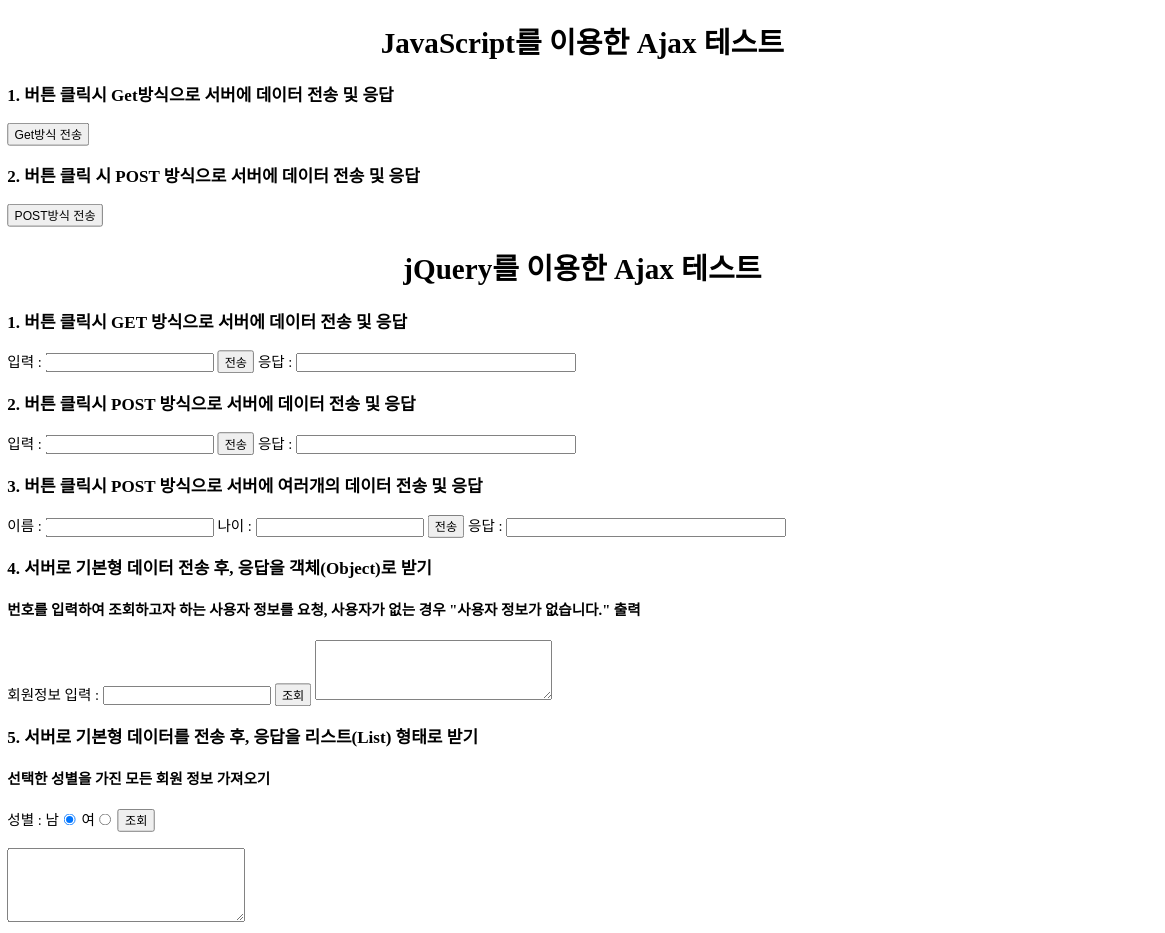
Repository: WOOOOOOOONG/KH_server
Page: http://localhost/ajaxProject/
An editor plug-in stored every save of this project. The page is shown before and after the next save, followed by the edit.
The browser window is 1280 px wide. The pictures show the whole page, at 91% of full size.
The page is served by Tomcat 9. Other server files are loaded and not shown.

Above is the page before, as saved 2019-12-02 10:49:17.

### 실습/ajaxProject/WebContent/index.jsp
<%@ page language="java" contentType="text/html; charset=UTF-8"
    pageEncoding="UTF-8"%>
<!DOCTYPE html>
<html>
<head>
<meta charset="UTF-8">
<title>Insert title here</title>
</head>
<body>
	<%-- ajax 개요 --%>
	<%--
		서버로부터 데이터를 가져와 전체 페이지를 고치지 않고 일부만 로드할 수 있게 하는 기법
		--> 즉, 비동기식 요청을 보내는데 필요한 기술

		* 동기식/비동기식
		- 동기식 : 서버와 클라이언트가 동시에 통신하여 프로세스를 수행 및 종료까지 같이함
				만약 서버에서 호출된 결과까지의 시간이 지연이 생길 경우 웹에서는 아무 작동
				없이 하염없이 기다려야 함. 결과를 받고 나서야 다른 일들을 할 수 있음.
		- 비동기식 : 페이지 리로딩 없이 동기식의 서버 요청 사이사이 추가적인 요청과 처리가 가능함.
				즉, 서버에서 요청한 결과를 받기까지 아무런 동작을 할 수 없는게 아니라 다른걸 하면서
				응답을 바로 받을 수 있음.
			--> 아이디 중복체크, 검색어 자동완성, 댓글, 실시간 검색 로딩

		* 단점
		- 한 페이지 내에서 지속적으로 사용시 리소스가 계속 쌓여 페이지가 느려질 수 있음.
		- 페이지 내 복잡도가 기하급수적으로 증가, 에러 발생 시 디버깅이 어려움

		* AJAX를 구현하는 방식에는 JavaScript와 jQeury 방식이 있는데 그 중 실제로 많이 사용하는
		  방식으로 jQuery 방식(코드가 간결하고 사용하기 쉽다)
	--%>
	<h1 align="center">JavaScript를 이용한 Ajax 테스트</h1>
	<h3>1. 버튼 클릭시 Get방식으로 서버에 데이터 전송 및 응답</h3>
	<button onclick="jsAjax1();">Get방식 전송</button>
	<p id="test1"></p>
	<script>
		function jsAjax1() {
			// 1. XMLHttpRequest 객체 생성
			xhr = new XMLHttpRequest();

			// 자바스크립트는 원래 브라우저 버젼벌 호환성 검사가 필요하지만 생략~

			// 2. onreadystatechange : Ajax 통신에 대한 응답 상태의 변경이 있을 경우
			// 실행할 함수(Ajax 통신이 성공한 경우에 대한 동작)
			xhr.onreadystatechange = function() {
				// 1) readyState : 서버 응답 상태 확인(Ajax 통신 진행상황 확인)
				/*
					0 : request not initialized
					1 : server connection established
					2 : request received
					3 : processing request
					4 : request finished and response is ready
				*/
				if(xhr.readyState == 4) {
					// 요청이 끝났고 그에 해당하는 응답이 왔을 경우

					// 2) status : HTTP 응답 상태 코드(응답이 정상적으로 이루어졌는지 확인)
					/*
						200 : "OK"
						403 : "Forbidden"
						404 : "Not Found"
					*/
					if(xhr.status == 200) {
						console.log('jsAjax1() - ajax 통신 성공!');

						// xhr.responseText : 응답 데이터 문자열을 담고 있다.
						var str = xhr.responseText;
						document.getElementById("test1").innerHTML = str;
					}else if(xhr.status == 404) {
						console.log('jsAjax1() - ajax 통신 실패!');
					}
				}
			}
			// 3. open() : 서버와 데이터 교환시 필요한 정보 입력(요청 방식, 대상(서버), 동기/비동기)
			xhr.open("GET", "<%= request.getContextPath() %>/jsAjax1.do?name=홍길동&age=20", true);

			// 4. send() : 서버로 데이터 교환 요청
			xhr.send();
		}
	</script>

	<h3>2. 버튼 클릭 시 POST 방식으로 서버에 데이터 전송 및 응답</h3>
	<button onclick="jsAjax2();">POST방식 전송</button>
	<p id="test2"></p>
	<script>
		function jsAjax2() {
			// 1 XMLHttpRequest 객체 생성
			xhr = new XMLHttpRequest();

			// 2. onreadystatechange
			xhr.onreadystatechange = function() {
				if(xhr.readyState == 4 && xhr.status == 200) {
					console.log("jsAjax2() - ajax 통신 성공!");

					var str = xhr.responseText;

					document.getElementById("test2").innerHTML = str;
				}
			}

			// 3. open() : 서버와 데이터 교환 시 필요한 정보 입력
			xhr.open("POST", "<%= request.getContextPath() %>/jsAjax2.do");

			// **** POST 방식 데이터 전송시 send() 호출 전 mime type을 설정해주어야 함 ****
			// POST 전송 시 header에 추가로 설정하지 않으면 전송한 파라미터를 인식하지 못함
			// key=value&key=value&...
			xhr.setRequestHeader("Content-type", "application/x-www-form-urlencoded;");
			// HTTP요청 헤더의 값을 설정. setRequestHeader(header(설정된값을 가진 헤더이름), value(헤더의 본문에 설정될 값))

			// 4. send()
			xhr.send("name=김말똥&age=30"); // send 시 데이터 전송
		}
	</script>

	<script src="https://ajax.googleapis.com/ajax/libs/jquery/3.4.1/jquery.min.js"></script>

	<h1 align="center">jQuery를 이용한 Ajax 테스트</h1>
	<h3>1. 버튼 클릭시 GET 방식으로 서버에 데이터 전송 및 응답</h3>
		입력 : <input type="text" id="input1">
	<button id="btn1">전송</button>
		응답 : <input type="text" id="output1" style="width:300px" readonly>
	<script>
		$(function() {
			// 1. 버튼 클릭시 GET 방식으로 서버에 입력값 전송 및 응답
			$("#btn1").click(function() {
				var input = $("#input1").val();

				$.ajax({
					// url : 데이터를 전송할 url(필수!!)
					url : "jqAjax1.do",

					// data : 요청 시 전달할 파라미터 설정
					data : {input:input},
					// key:value

					// type : 전송방식(GET/POST)
					type : "get",

					// success : Ajax 통신 성공 시 처리할 함수를 지정하는 속성
					success : function(result) {
						// result 매개변수 : 서버에서 응답이 왔을 때 그 값이 저장되는 변수
						// 매개변수명 임의지정 가능
						console.log('Ajax 통신 성공!');
						$("#output1").val(result);
					},

					// error : Ajax 통신 실패 시 처리할 함수를 지정하는 속성
					error : function() {
						console.log('Ajax 통신 실패...');
					},

					// complete : 통신 성공/실패 여부 상관없ㅇ ㅣ실행
					complete : function() {
						console.log('무조건 호출~!');
					}
				});
			});
		});
	</script>

	<h3>2. 버튼 클릭시 POST 방식으로 서버에 데이터 전송 및 응답</h3>
	입력 : <input type="text" id="input2">
	<button id="btn2">전송</button>
	응답 : <input type="text" id="output2" style="width:300px" readonly>

	<script>
		$(function() {
			$("#btn2").click(function() {
				var input = $("#input2").val();

				$.ajax({
					url: "jqAjax2.do",
					data: {input: input},
					type:"post",
					success: function(result) {
						console.log("Ajax 통신 성공!");
						$("#output2").val(result);
					},
					error: function(e) {
						console.log(e);
					},
					complete: function() {
						console.log("무조건 호출");
					}
				});
			});
		});
	</script>

	<h3>3. 버튼 클릭시 POST 방식으로 서버에 여러개의 데이터 전송 및 응답</h3>
	이름 : <input type="text" id="input3_1">
	나이 : <input type="text" id="input3_2">
	<button id="btn3">전송</button>
	응답 : <input type="text" id="output3" style="width:300px" readonly>

	<script>
		$(function() {
			$("#btn3").click(function() {
				var input3_1 = $("#input3_1").val();
				var input3_2 = $("#input3_2").val();

				$.ajax({
					url : "jqAjax3.do",
					data : {name : input3_1,
							age : input3_2},
					type : "post",
					success : function(result) {
						$("#output3").val(result);
					},
					error : function() {
						$("#output3").val("ajax 통신 실패");
					}
				});
			});
		});
	</script>

	<h3>4. 서버로 기본형 데이터 전송 후, 응답을 객체(Object)로 받기</h3>
	<h4>번호를 입력하여 조회하고자 하는 사용자 정보를 요청, 사용자가 없는 경우 "사용자 정보가 없습니다." 출력</h4>

	회원정보 입력 : <input type="text" id="input4">
	<button id="btn4">조회</button>
	<textarea id="textarea4" rows="4" cols="30"></textarea>

	<script>
		$(function() {
			// JSONObject를 서버로부터 전달받아
			// dataType : "json"을 이용하여 처리
			$("#btn4").click(function() {
				var input = $("#input4").val();

				$.ajax({
					url : "jqAjax4.do",
					data : {input:input},
					type : "get",
					dataType : "json", // 응답 데이터의 형식을 text가 아닌 json으로 지정
					success : function(obj) {
						console.log(obj);

						var result = "";

						if(obj != null) {
							result = "번호 : " + obj.no + "\n" + "이름 : " + obj.name + "\n"
									+ "나이 : " + obj.age + "\n" + "성별 : " + obj.gender;
						}else {
							result = "사용자 정보가 없습니다.";
						}

						$("#textarea4").val(result);
					},
					error : function() {
						$("#textarea4").val("ajax 통신 실패");
					}
				});
			});
		});
	</script>

	<h3>5. 서버로 기본형 데이터를 전송 후, 응답을 리스트(List) 형태로 받기</h3>
	<h4>선택한 성별을 가진 모든 회원 정보 가져오기</h4>
	성별 :
	남<input type="radio" name="chk_gender5" value="남" checked>
	여<input type="radio" name="chk_gender5" value="여">
	<button id="btn5">조회</button><br><br>
	<textarea id="textarea5" rows="5" cols="30"></textarea>
	<script>
		$(function() {
			$("#btn5").click(function() {
				var gen = $("input[name='chk_gender5']:checked").val();
				$.ajax ({
					url: "jqAjax5.do",
					data: {gender: gen},
					type: "get",
					dataType: "json",
					success: function(list) {
						console.log(list);

						// $.each(배열명, function(index){});
						// --> 배열명[index] 각 요소에 접근 가능
						var result = "";

						$.each(list, function(i) {
							result += list[i].no + " / "
									+ list[i].name + " / "
									+ list[i].age + " / "
									+ list[i].gender + "\n";
						});

						$("#textarea5").val(result);
					},
					error:function() {
					console.log("ajax 통신 실패");
					}
				});
			});

		});
	</script>
</body>
</html>

After the next save:
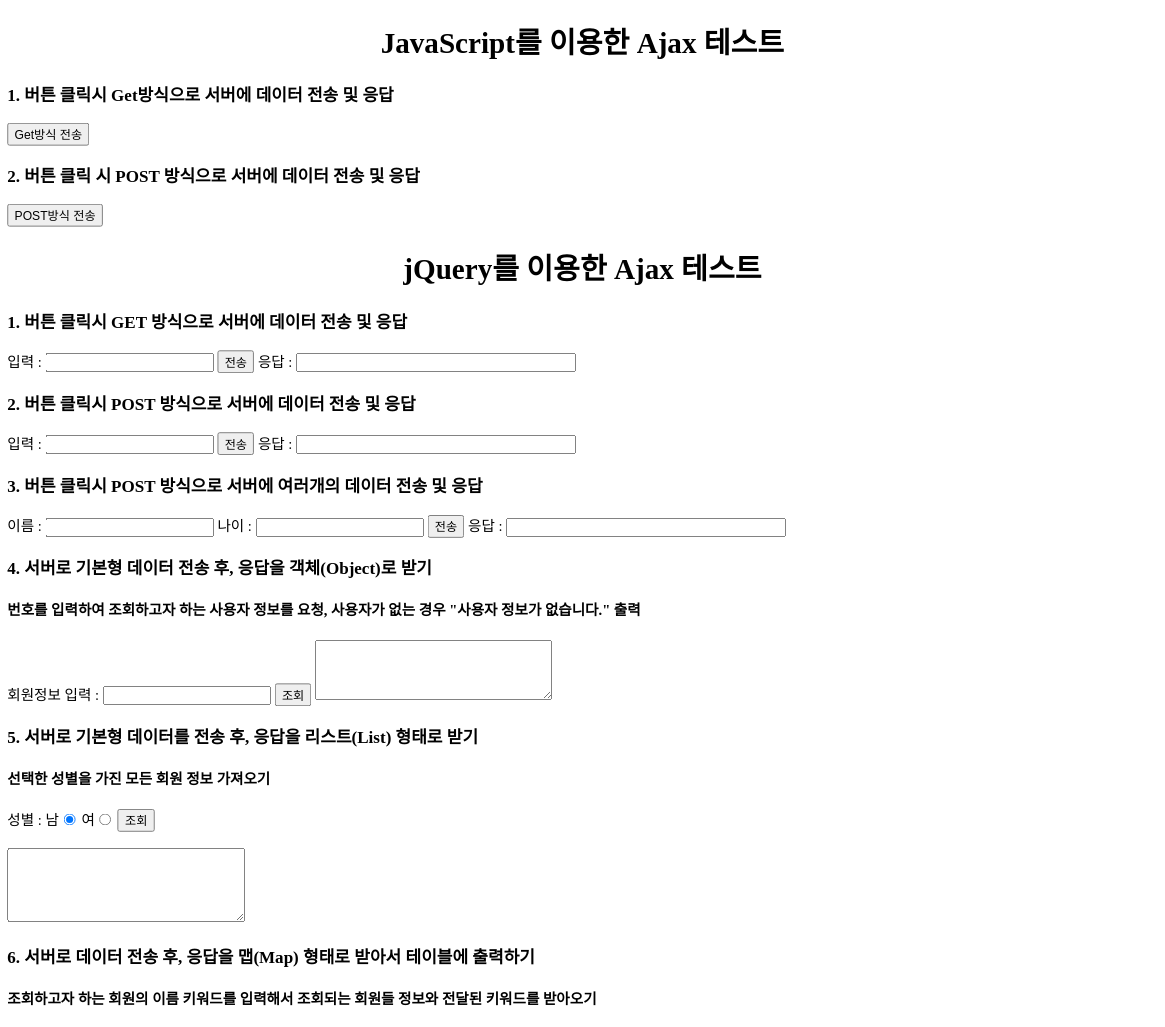
Saved 15 min 53 s later.
--- a/실습/ajaxProject/WebContent/index.jsp
+++ b/실습/ajaxProject/WebContent/index.jsp
@@ -292,8 +292,12 @@
 					}
 				});
 			});
-
-		});
-	</script>
+		});
+	</script>
+
+	<br>
+
+	<h3>6. 서버로 데이터 전송 후, 응답을 맵(Map) 형태로 받아서 테이블에 출력하기</h3>
+	<h4>조회하고자 하는 회원의 이름 키워드를 입력해서 조회되는 회원들 정보와 전달된 키워드를 받아오기</h4>
 </body>
 </html>
